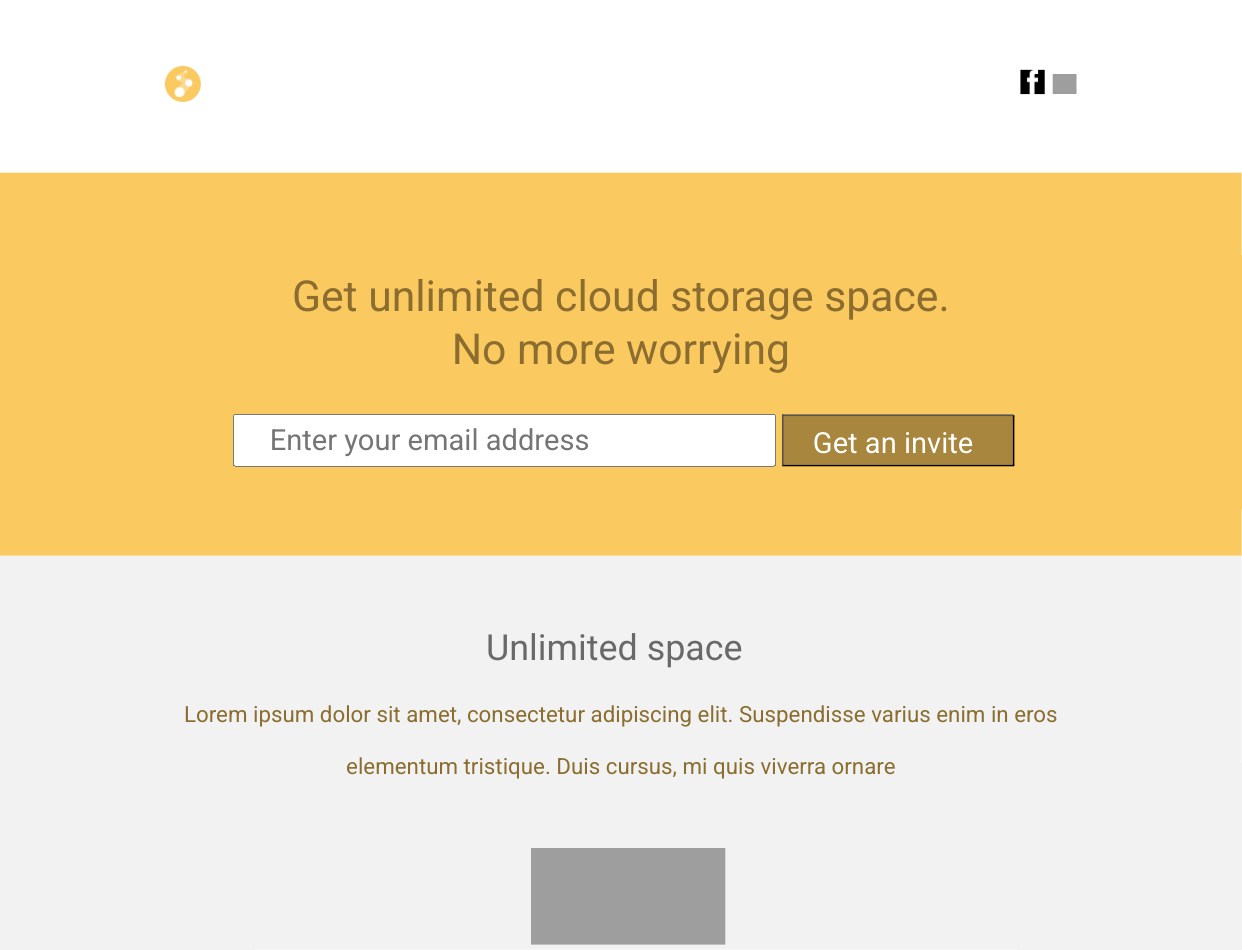
Repository: AndreyMykulych/user_home_work_Mykulych
Page: index.html
An editor plug-in stored every save of this project. The page is shown before and after the next save, followed by the edit.
The browser window is 1280 px wide. The pictures show the whole page, at 97% of full size.
Pictures or frames that could not be fetched are drawn as grey boxes.

Above is the page before, as saved 2023-02-27 17:33:06.

### index.html
<!DOCTYPE html>
<html lang="en">
<head>
    <meta charset="UTF-8">
    <meta http-equiv="X-UA-Compatible" content="IE=edge">
    <meta name="viewport" content="width=device-width, initial-scale=1.0">
    <title>Document</title>
    <link  rel="stylesheet"  href="styles/normalize.css">
    <link  rel="stylesheet"  href="styles/style.css">
    <link rel="preconnect" href="https://fonts.googleapis.com">
<link rel="preconnect" href="https://fonts.gstatic.com" crossorigin>
<link href="https://fonts.googleapis.com/css2?family=Roboto&display=swap" rel="stylesheet">

</head>
<body>
    <div class="wrapper">
        <h1 class="first-block">
            <img class="logo-Photo" src="/3/img/IMAGE.png" alt="main">
        </h1>

            <h1 class="second-block">
                <img class="Fb-Photo" src="data:[embedded picture, 1466 characters]" alt="FB">
                <img class="Twit-Photo" src="https://cdn-icons-png.flaticon.com/512/733/733635.png" alt="Twitter">
            </h1>
    </div>
    <div class="input-back">
    <div class="input-conteiner">
        <p class="text_1">Get unlimited cloud storage space.</p>
        <p class="text_2">No more worrying</p>
        <form>
            <input placeholder="Enter your email address" type="email" id="email" name="email">
            <button>Get an invite</button>
          </form>
    </div>
</div>
<div class="full_Content">
    <div class="content_first">
     <h1>Unlimited space</h1>
     <p>Lorem ipsum dolor sit amet, consectetur adipiscing elit. Suspendisse varius enim in eros elementum tristique. Duis cursus, mi quis viverra ornare</p>
     <img  class="infinity" src="https://e7.pngegg.com/pngimages/963/729/png-clipart-infinity-symbol-infinity-sign-text-logo.png" >
</div>
</div>
</body>
</html>

### styles/style.css
*{
    box-sizing: border-box;
}

.wrapper {
    margin: 0 auto;
    width: 940px;
    margin-top:47px;
}


h1 {
    display: inline-block;
}


.first-block {
    text-align: left;
}


.second-block {
    float: right;
}


.logo-Photo {
    width: 37px;
    height: 37px;
}


.Fb-Photo {
width: 25px;
height: 25px;
}


.Twit-Photo{
    width: 25px;
    height: 21px;
}


.input-back{
    width: 100%;
    background-color: #FAC960;
    height: auto;
    margin-top:43px;

}


.input-conteiner {
    width: 940px;
    margin: 0 auto;
   padding-top:91px;
   padding-bottom: 92px;
}


p {
    margin: 0px;
    display: block;
    font-family: 'Roboto', sans-serif;
    text-align: center;
    font-style: normal;
    font-weight: 400;
    font-size: 44px;
    line-height: 54px;
    color: #8A6D2F;
}



.text_1 {
    padding-top: 10px;
}


.text_2{

    margin-top: 0px;
}



form {
    display: inline-block;
    margin-top: 40px;

}



input {
    padding-left: 36px;
    width: 560px;
    height: 54px;
    font-family: 'Roboto';
font-style: normal;
font-weight: 400;
font-size: 30px;
line-height: 54px;
color: #999999;
margin-left: 70px;
}

button {
      position: absolute;
      width: 240px;
      color: #fff;
      background-color: #A8863D;
      text-align: left;
      padding-left: 30px;
      height: 54px;
      margin-left: 6px;
      font-family: 'Roboto';
      font-style: normal;
      font-weight: 400;
      font-size: 30px;
      line-height: 54px;
      border-radius: 0px 2px 2px 0px;
}

.full_Content{
    height: auto;
    width: 100%;
    display: inline-block;
    background-color: #F2F2F2;
}
.content_first {
    width: 940px;
   margin: 0 auto;

}
.content_first h1{
font-size: 37px;
color: #000000;
opacity: 56%;
font-family: 'Roboto';
font-style: normal;
font-weight: 400;
line-height: 36px;
/* identical to box height, or 97% */
margin-top: 77px;
margin-left:331px;
text-align: center;
}

.content_first p{
    font-size: 23px;
    text-align: center;
}

.content_first img{
    width: 200.59px;
    height:100px;
    margin-left: 377px;
    margin-top: 56px;
}

Loaded but not shown: styles/normalize.css (library)

After the next save:
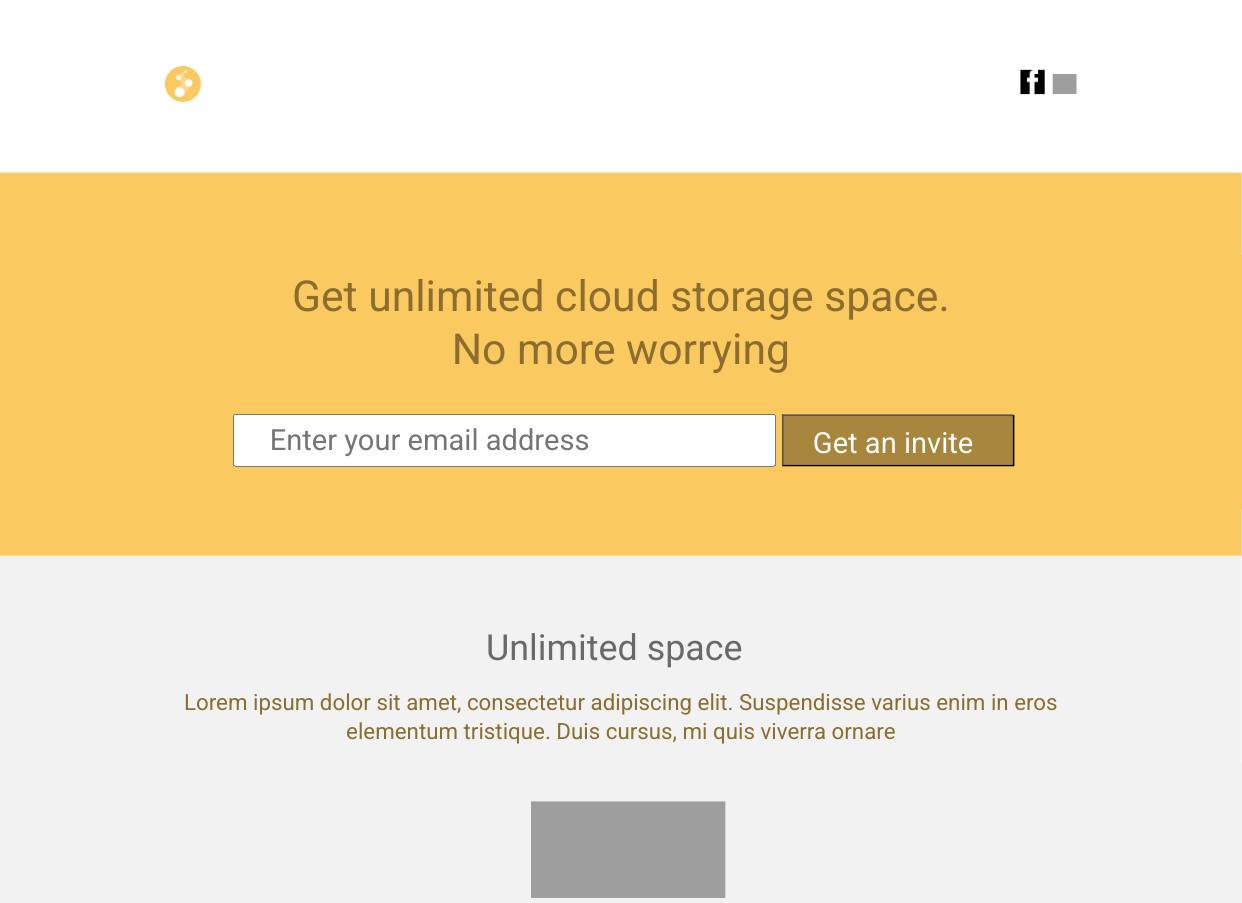
Saved 24 s later.
--- a/styles/style.css
+++ b/styles/style.css
@@ -151,6 +151,10 @@ text-align: center;
 .content_first p{
     font-size: 23px;
     text-align: center;
+    font-family: 'Roboto';
+font-style: normal;
+font-weight: 400;
+line-height: 30px;
 }
 
 .content_first img{
